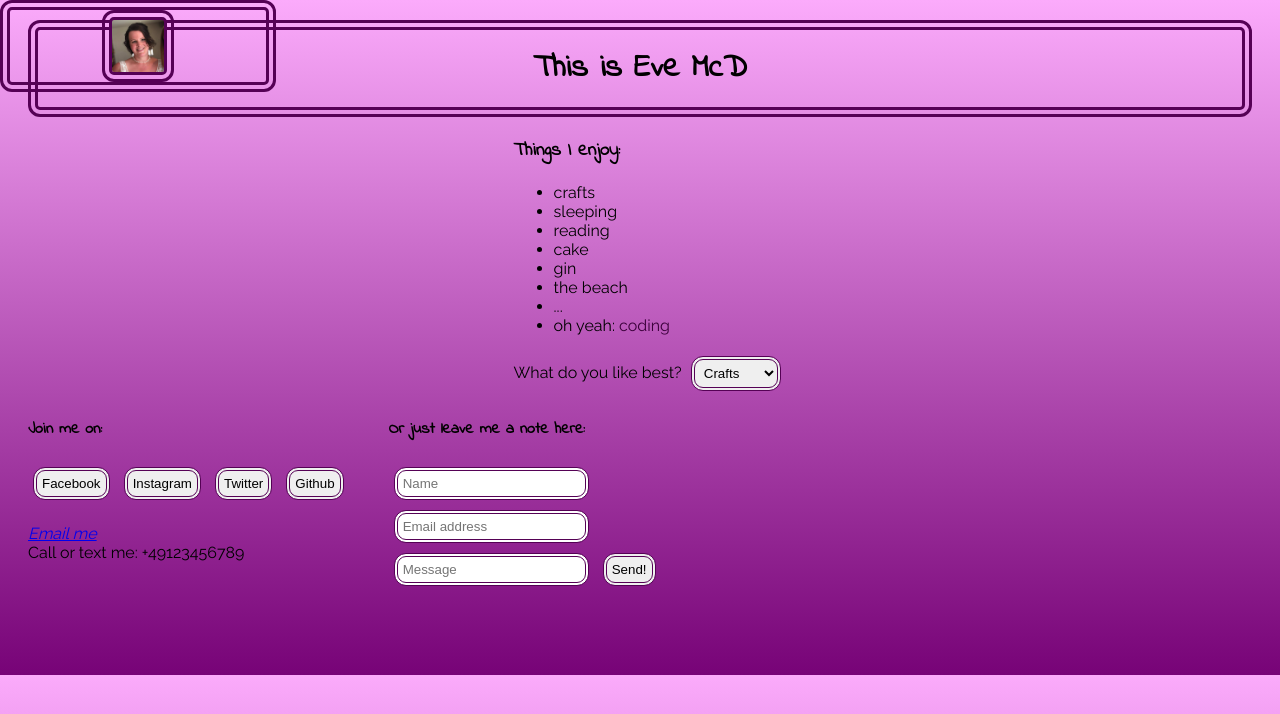
Repository: evemcd/Strive-Ignite-W1
Page: index.html
An editor plug-in stored every save of this project. The page is shown before and after the next save, followed by the edit.
The browser window is 1280 px wide. The pictures show the whole page.

Above is the page before, as saved 2021-01-17 20:34:48.

### index.html
<!DOCTYPE html>
<html>

<head>
    <title>Eve McDermott</title>
    <link rel="stylesheet" href="styles.css" />
    <link rel="preconnect" href="https://fonts.gstatic.com">
    <link rel="preconnect" href="https://fonts.gstatic.com">
    <link href="https://fonts.googleapis.com/css2?family=Indie+Flower&family=Raleway&display=swap" rel="stylesheet">
    <meta name="viewport" content="width=device-width, initial-scale=1.0">
</head>

<body>
    <div id="header">
        <div class="header-title">
            <h1>This is Eve McD</h1>
        </div>
        <div class="header-image">
            <img src="Eve.jpg" class="center" alt="photo of Eve McD" />
        </div>
    </div>
    <div class="hobbies">
        <h3>Things I enjoy:</h3>
        <ul>
            <li>crafts</li>
            <li>sleeping</li>
            <li>reading</li>
            <li>cake</li>
            <li>gin</li>
            <li>the beach</li>
            <li>...</li>
            <li>oh yeah: <span style="color: rgb(59, 0, 59);">coding</span></li>
        </ul>
    </div>

    <div class="hobbies">
        <label for="hobbies">What do you like best?</label>
        <select name="hobbies" id="hobbies" class="socialbutton">
            <option value="crafts">Crafts</option>
            <option value="sleeping">Sleeping</option>
            <option value="reading">Reading</option>
            <option value="cake">Cake</option>
            <option value="gin">Gin</option>
            <option value="beach">Beach</option>
            <option value="coding">Coding</option>
        </select>
    </div>
    <div class="container">
        <div class="div1">
            <h4>Join me on:</h4>
            <input type="button" href="www.facebook.com" value="Facebook" class="socialbutton" />
            <input type="button" href="www.instagram.com" value="Instagram" class="socialbutton" />
            <input type="button" href="www.twitter.com" value="Twitter" class="socialbutton" />
            <input type="button" href="www.github.com" value="Github" class="socialbutton" />
            <br><br>
            <address>
                <a href="mailto:eve@mcdermott.com">Email me </a>
            </address>
            Call or text me: +49123456789
            </p>
        </div>
        <div class="div1">
            <form>
                <h4>Or just leave me a note here:</h4>
                <input type="text" placeholder="Name" class="socialbutton" /><br>
                <input type="email" placeholder="Email address" class="socialbutton" /><br>
                <input type="text" placeholder="Message" class="socialbutton" />
                <input type="button" value="Send!" class="socialbutton" />
            </form>
        </div>
    </div>
    </div>
    <br><br><br><br>

</body>

</html>

### styles.css
body {
    background: rgb(251, 171, 251);
    background: linear-gradient(180deg, rgba(251, 171, 251, 1) 0%, rgba(119, 3, 119, 1) 100%);
    font-family: Raleway;
}

.div1 {
    display: inline-block;
    /* width: 40%; */
    vertical-align: top;
    margin: 0px 20px 0px 20px;
}

.container {
    display: flex;
    flex-flow: column wrap;
    flex-direction: row;
    justify-content: flex-start;
}

h1 {
    padding: 15px;
    margin: 20px;
    border: 10px double rgb(85, 1, 85);
    border-radius: 12px;
    text-align: center;
}

h1,
h2,
h3,
h4,
h5,
h6 {
    font-family: Indie Flower;
}

.textcenter {
    text-align: center;
}

.center {
    display: block;
    margin-left: auto;
    margin-right: auto;
    width: 20%;
    border: 10px double rgb(85, 1, 85);
    border-radius: 12px;
}

/* #header {
    width: 100%;
    height: 30vh;
    position: relative;
    background-color: red;
} */

/* .box1 {
    width: 100px;
    height: 100px;
    background-color: green;
    position: absolute;
    top: 10px;
    left: 10px;
    z-index: 2;
} */

.header-image {
    width: 20%;
    position: absolute;
    top: 0;
    left: 0;
    border: 10px double rgb(85, 1, 85);
    border-radius: 12px;
}

.socialbutton {
    border: 4px double rgb(85, 1, 85);
    border-radius: 12px;
    padding: 5px;
    margin: 5px;
}

.hobbies {
    margin-left: 40%;
}

@media screen and (max-width: 992px) {
    .div1 {
        display: inline-block;
        width: 100%;
        vertical-align: top;
    }

    .hobbies {
        margin-left: 10%;
    }
}

After the next save:
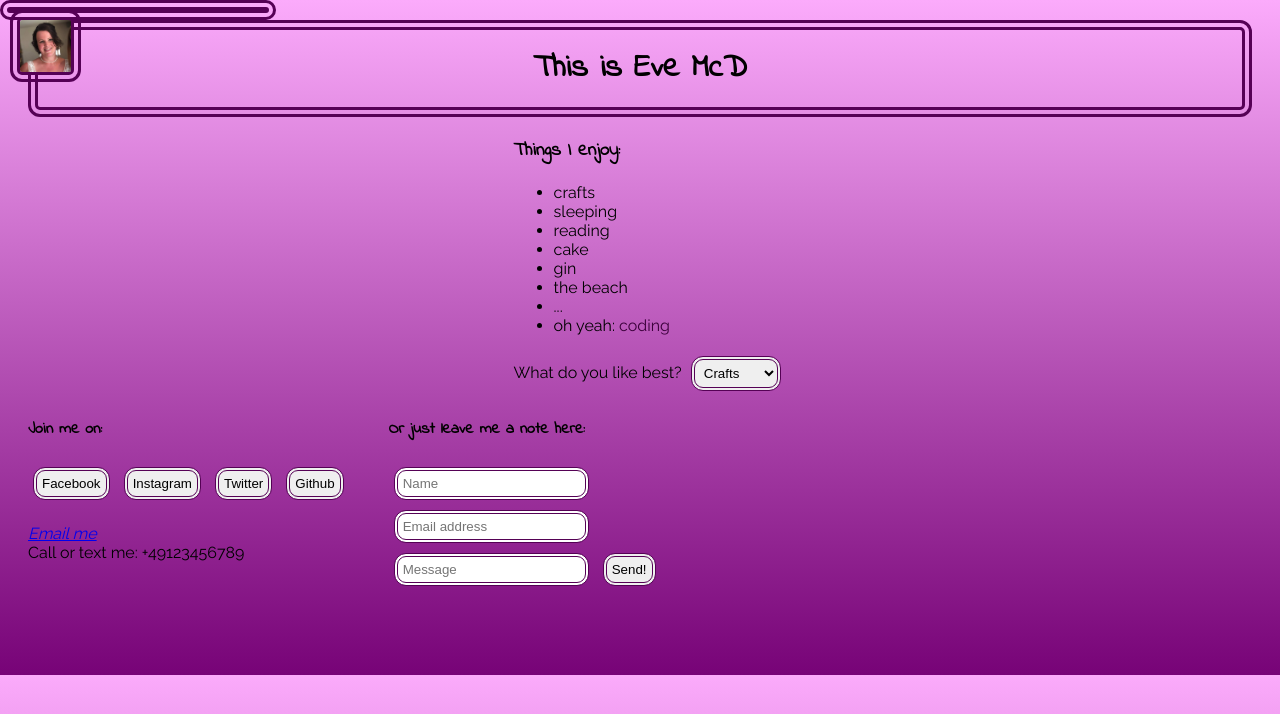
Saved 5 s later.
--- a/index.html
+++ b/index.html
@@ -16,7 +16,7 @@
             <h1>This is Eve McD</h1>
         </div>
         <div class="header-image">
-            <img src="Eve.jpg" class="center" alt="photo of Eve McD" />
+            <img src="Eve.jpg" class="header-image" alt="photo of Eve McD" />
         </div>
     </div>
     <div class="hobbies">
